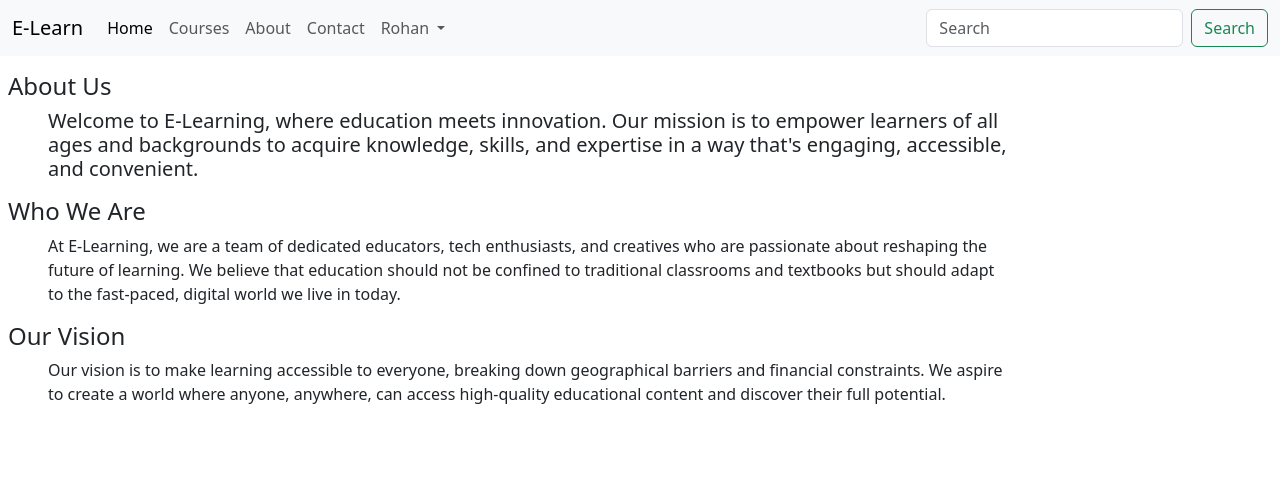
Repository: syni18/bootstrap_elarn
Page: About.html
An editor plug-in stored every save of this project. The page is shown before and after a run of saves, followed by the edit.
The browser window is 1280 px wide. The pictures show the whole page.

Above is the page before, as saved 2023-10-25 23:13:32.

After the next 2 saves:
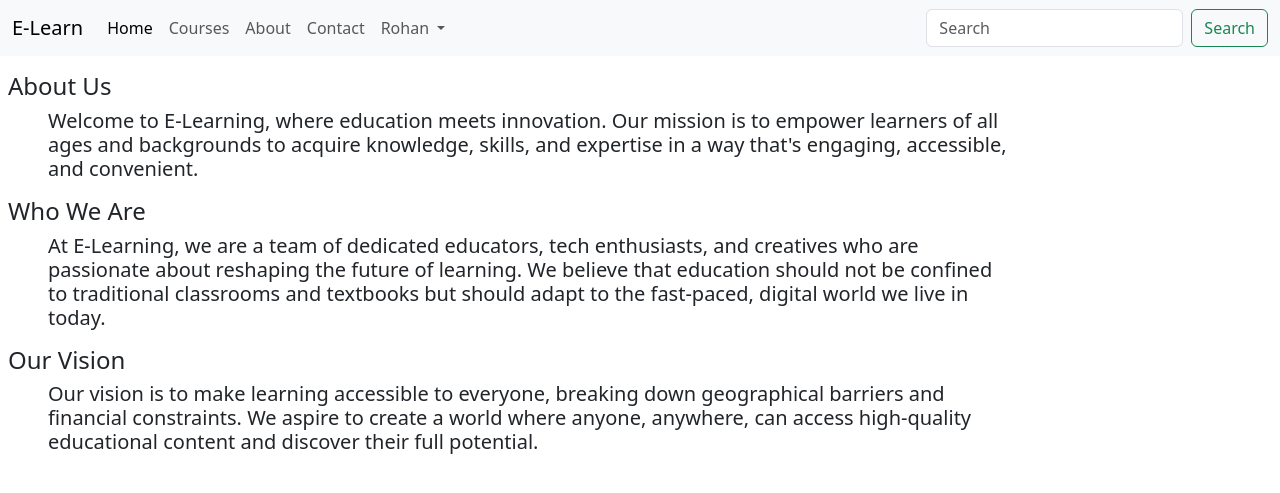
The 2 saves are shown as one change because they came seconds apart.
The last was saved 15 s later.
--- a/About.html
+++ b/About.html
@@ -52,11 +52,11 @@
 </div>
 <div class="mt-3">
     <h6 class="display-6 fs-4 ms-2">Who We Are</h6>
-    <p class="w-75 ms-5">At E-Learning, we are a team of dedicated educators, tech enthusiasts, and creatives who are passionate about reshaping the future of learning. We believe that education should not be confined to traditional classrooms and textbooks but should adapt to the fast-paced, digital world we live in today.</p>
+    <p class="w-75 ms-5 h5">At E-Learning, we are a team of dedicated educators, tech enthusiasts, and creatives who are passionate about reshaping the future of learning. We believe that education should not be confined to traditional classrooms and textbooks but should adapt to the fast-paced, digital world we live in today.</p>
 </div>
 <div class="mt-3">
     <h6 class="display-6 fs-4 ms-2">Our Vision</h6>
-    <p class="w-75 ms-5">Our vision is to make learning accessible to everyone, breaking down geographical barriers and financial constraints. We aspire to create a world where anyone, anywhere, can access high-quality educational content and discover their full potential.</p>
+    <p class="w-75 ms-5 h5">Our vision is to make learning accessible to everyone, breaking down geographical barriers and financial constraints. We aspire to create a world where anyone, anywhere, can access high-quality educational content and discover their full potential.</p>
 </div>
     <script src="https://cdn.jsdelivr.net/npm/bootstrap@5.3.2/dist/js/bootstrap.bundle.min.js" integrity="sha384-C6RzsynM9kWDrMNeT87bh95OGNyZPhcTNXj1NW7RuBCsyN/o0jlpcV8Qyq46cDfL" crossorigin="anonymous"></script>
   </body>
